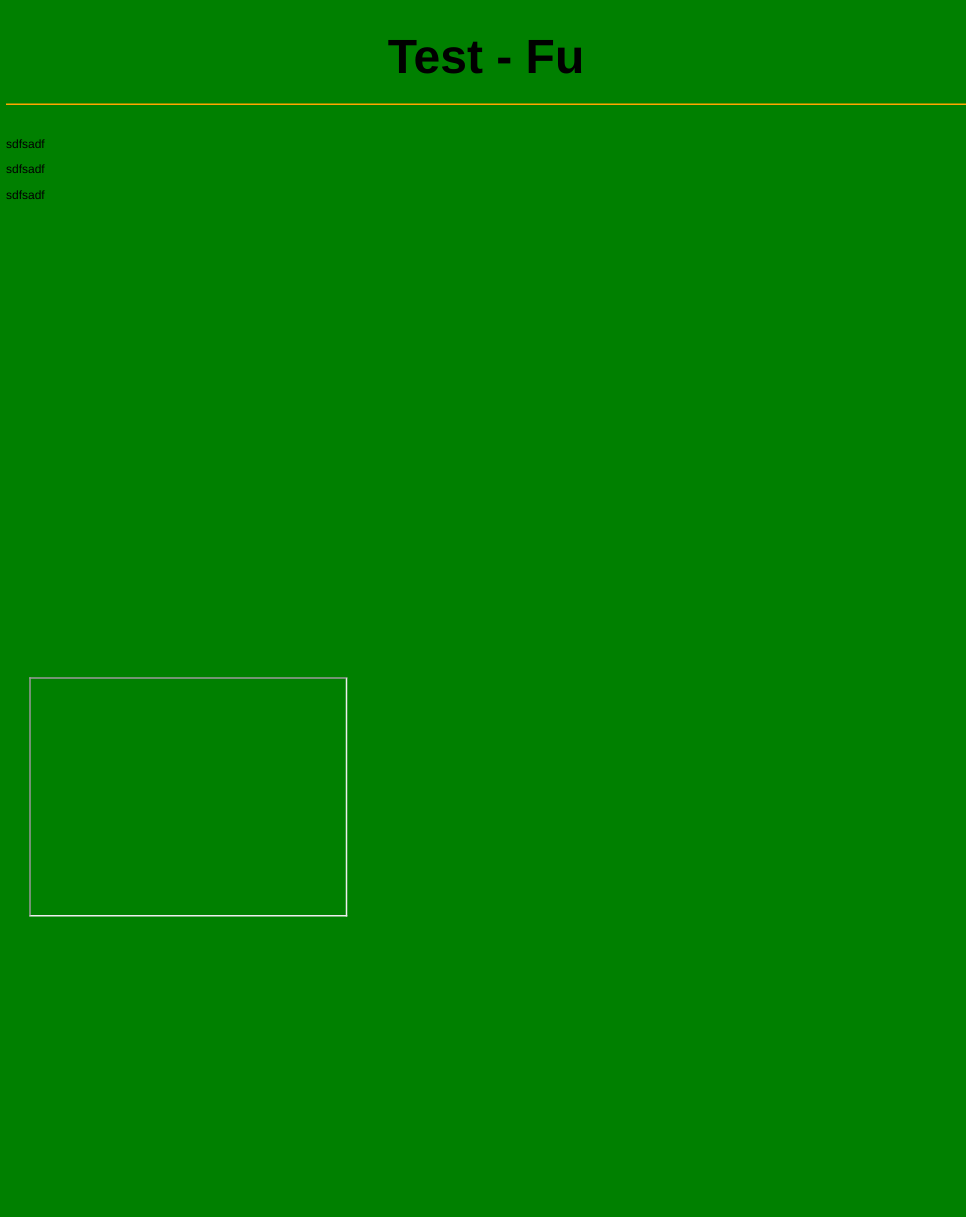
Repository: arikanu/minisite
Page: http://localhost/site/
An editor plug-in stored every save of this project. The page is shown before and after a run of saves, followed by the edit.
The browser window is 1280 px wide. The page is 1288 px wide, so the pictures cover 1288 px, including what lies to the right of the window. The pictures show the whole page, at 75% of full size.
Pictures or frames that could not be fetched are drawn as grey boxes. The page is served by Tomcat 9.

Above is the page before, as saved 2014-12-18 07:09:37.

After the next 2 saves:
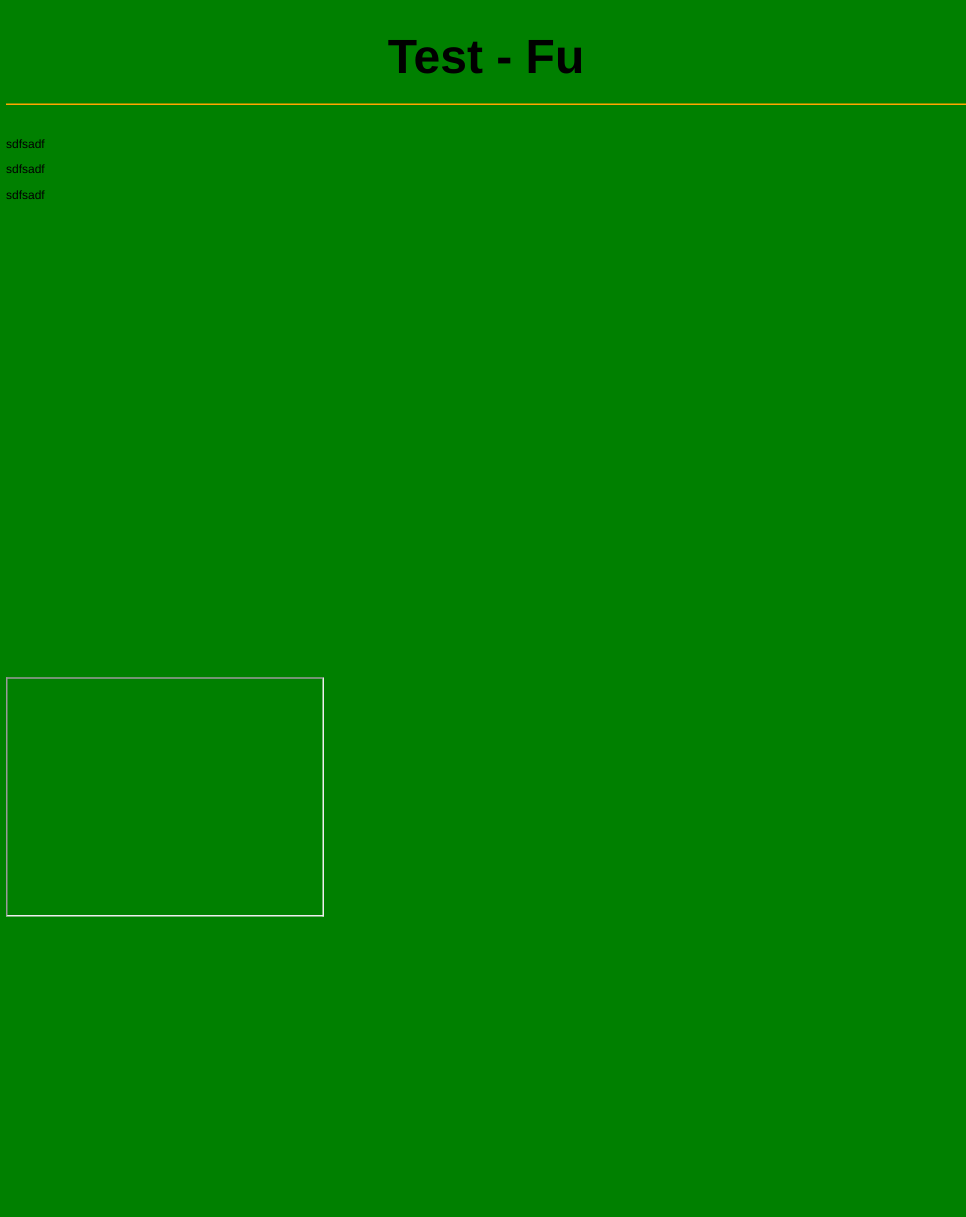
The 2 saves are shown as one change because they came seconds apart.
The last was saved 9 s later.
--- a/site/src/main/webapp/WEB-INF/views/home.jsp
+++ b/site/src/main/webapp/WEB-INF/views/home.jsp
@@ -23,11 +23,11 @@ h1 {
 }
 
 .divLeftPart {
-	width: 38%;
+	width: 30%;
 	height: 100%;
 }
 .divRightPart {
-	width: 58%;
+	width: 50%;
 	height: 100%;
 }
 
